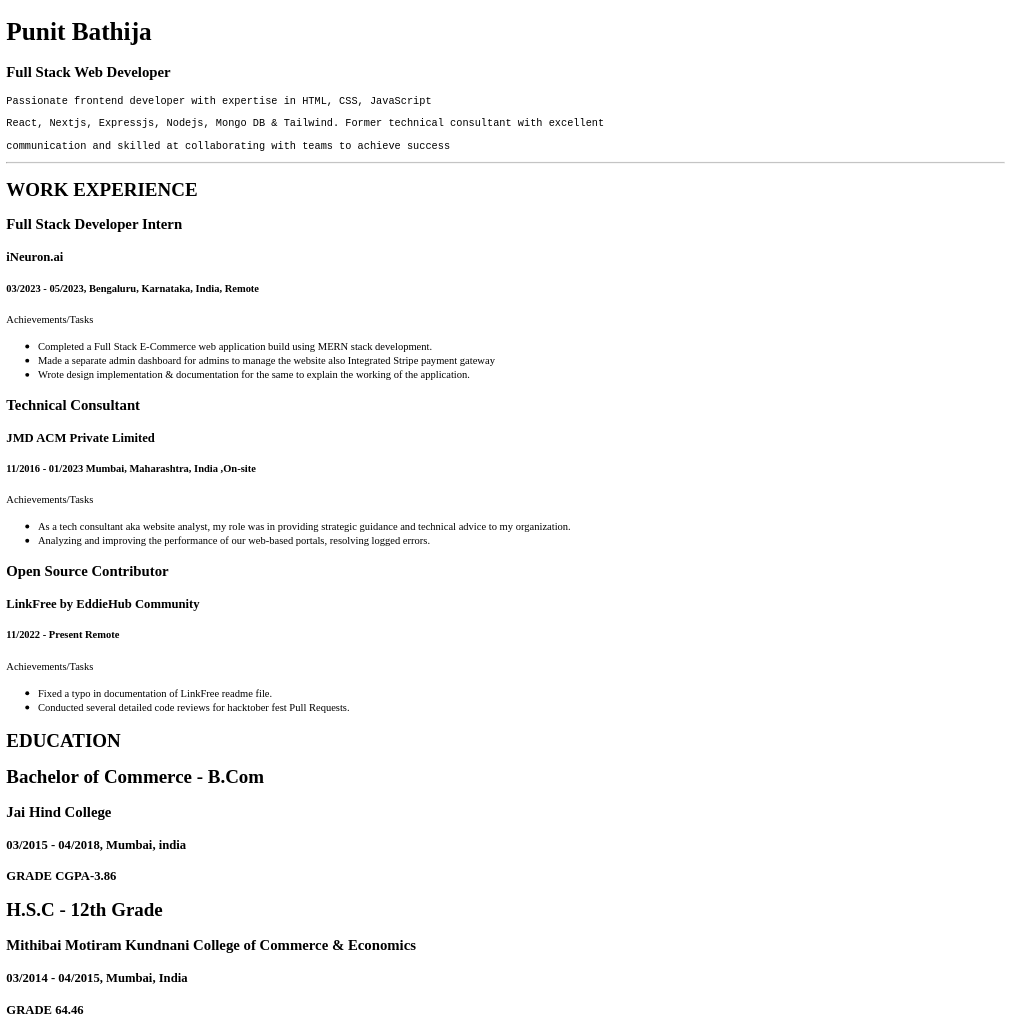
Repository: punitbathija/Placement-Assitance-iNeuron
Page: index.html
The author's editor kept a copy of each file at every save. The page is drawn from the files as they stood at one save, then again after the next save.
The browser window is 1280 px wide. The pictures show the whole page, at 79% of full size.

Above is the page before, as saved 2023-05-18 12:27:26.

### index.html
<!DOCTYPE html>
<html lang="en">
  <head>
    <meta charset="UTF-8" />
    <meta http-equiv="X-UA-Compatible" content="IE=edge" />
    <meta name="viewport" content="width=device-width, initial-scale=1.0" />
    <title>Document</title>
  </head>
  <body>
    <header>
      <h1>Punit Bathija</h1>
      <h3>Full Stack Web Developer</h3>
      <pre>
Passionate frontend developer with expertise in HTML, CSS, JavaScript</pre
      >
      <pre>
React, Nextjs, Expressjs, Nodejs, Mongo DB & Tailwind. Former technical consultant with excellent</pre
      >
      <pre>
communication and skilled at collaborating with teams to achieve success</pre
      >
    </header>
    <hr />
    <section>
      <h1>WORK EXPERIENCE</h1>
      <div>
        <h3>Full Stack Developer Intern</h3>
        <h4>iNeuron.ai</h4>
        <h5>03/2023 - 05/2023, Bengaluru, Karnataka, India, Remote</h5>
        <small>Achievements/Tasks</small>
        <ul>
          <li>
            <small
              >Completed a Full Stack E-Commerce web application build using
              MERN stack development.</small
            >
          </li>
          <li>
            <small
              >Made a separate admin dashboard for admins to manage the website
              also Integrated Stripe payment gateway
            </small>
          </li>
          <li>
            <small
              >Wrote design implementation & documentation for the same to
              explain the working of the application.
            </small>
          </li>
        </ul>
      </div>
      <div>
        <h3>Technical Consultant</h3>
        <h4>JMD ACM Private Limited</h4>
        <h5>11/2016 - 01/2023 Mumbai, Maharashtra, India ,On-site</h5>
        <small>Achievements/Tasks</small>
        <ul>
          <li>
            <small
              >As a tech consultant aka website analyst, my role was in
              providing strategic guidance and technical advice to my
              organization.</small
            >
          </li>
          <li>
            <small
              >Analyzing and improving the performance of our web-based portals,
              resolving logged errors.
            </small>
          </li>
        </ul>
      </div>
      <div>
        <h3>Open Source Contributor</h3>
        <h4>LinkFree by EddieHub Community</h4>
        <h5>11/2022 - Present Remote</h5>
        <small>Achievements/Tasks</small>
        <ul>
          <li>
            <small
              >Fixed a typo in documentation of LinkFree readme file.</small
            >
          </li>
          <li>
            <small
              >Conducted several detailed code reviews for hacktober fest Pull
              Requests.
            </small>
          </li>
        </ul>
      </div>
    </section>
    <section>
      <h1>EDUCATION</h1>
      <div>
        <h2>Bachelor of Commerce - B.Com</h2>
        <h3>Jai Hind College</h3>
        <h4>03/2015 - 04/2018, Mumbai, india</h4>
        <h4>GRADE CGPA-3.86</h4>
      </div>
      <div>
        <h2>H.S.C - 12th Grade</h2>
        <h3>Mithibai Motiram Kundnani College of Commerce & Economics</h3>
        <h4>03/2014 - 04/2015, Mumbai, India</h4>
        <h4>GRADE 64.46</h4>
      </div>
    </section>
  </body>
</html>

After the next save:
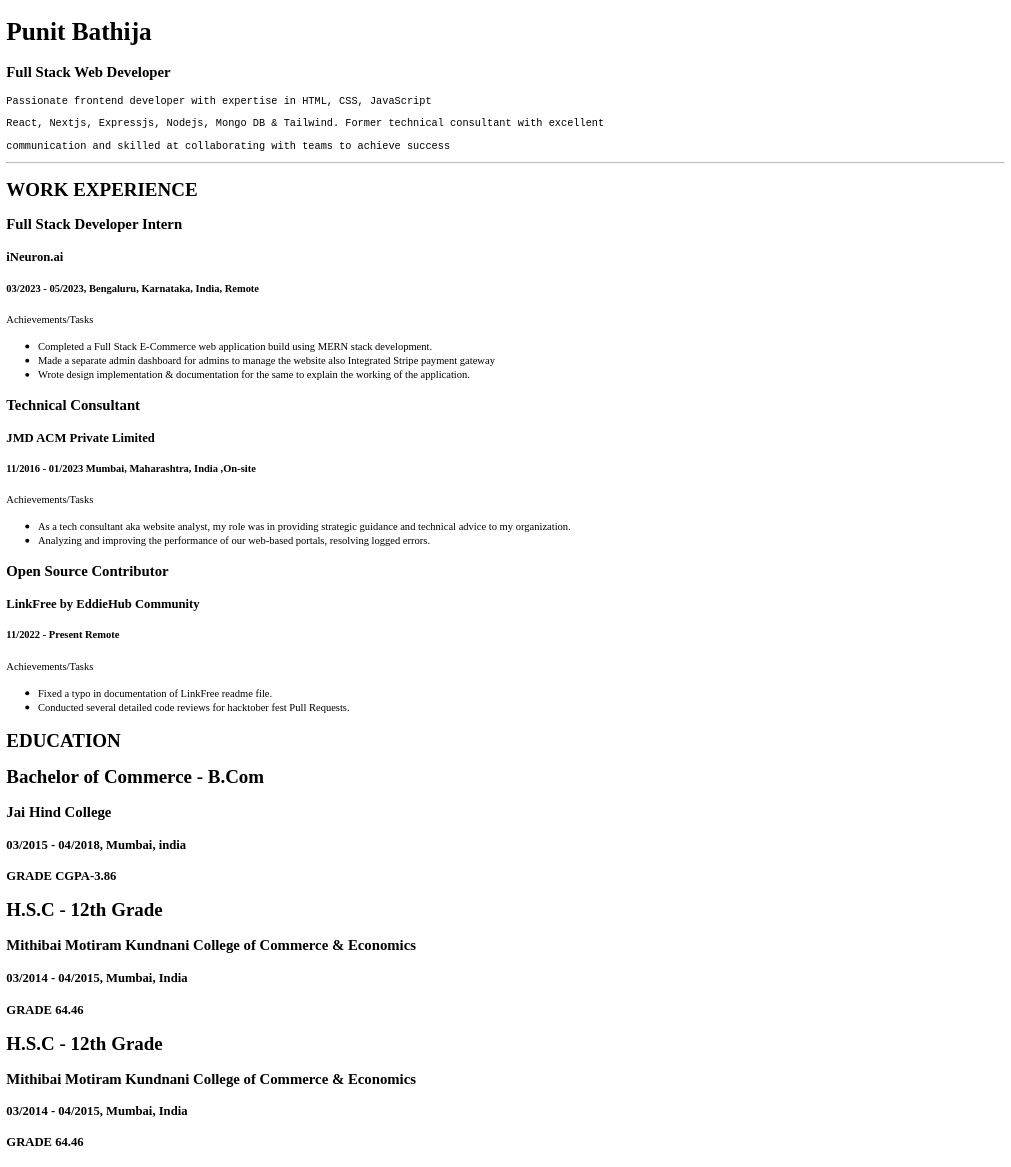
Saved 14 s later.
--- a/index.html
+++ b/index.html
@@ -104,6 +104,12 @@ communication and skilled at collaborating with teams to achieve success</pre
         <h4>03/2014 - 04/2015, Mumbai, India</h4>
         <h4>GRADE 64.46</h4>
       </div>
+      <div>
+        <h2>H.S.C - 12th Grade</h2>
+        <h3>Mithibai Motiram Kundnani College of Commerce & Economics</h3>
+        <h4>03/2014 - 04/2015, Mumbai, India</h4>
+        <h4>GRADE 64.46</h4>
+      </div>
     </section>
   </body>
 </html>
